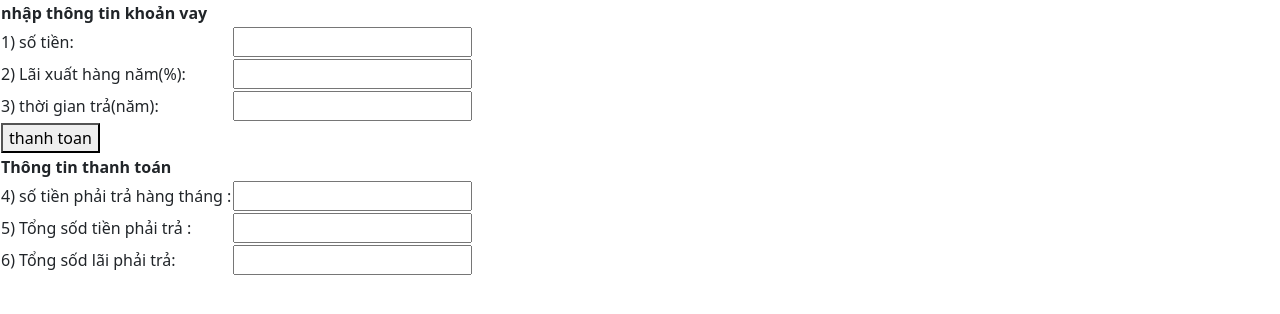
Repository: Lehuyhuynh/DOM
Page: BT2/index.html
These files come from the project's save history. The page is drawn as it stood at one moment and after a run of saves; the edit follows.
The browser window is 1280 px wide. The pictures show the whole page.

Above is the page before, as saved 2023-09-07 20:30:43.

### BT2/index.html
<!DOCTYPE html>
<html lang="en">
<head>
    <meta charset="UTF-8">
    <meta name="viewport" content="width=device-width, initial-scale=1.0">
    <title>BT2</title>
    <link rel="stylesheet" href="style.css">
    <link href="https://cdn.jsdelivr.net/npm/bootstrap@5.1.3/dist/css/bootstrap.min.css" rel="stylesheet" integrity="sha384-1BmE4kWBq78iYhFldvKuhfTAU6auU8tT94WrHftjDbrCEXSU1oBoqyl2QvZ6jIW3" crossorigin="anonymous">
</head>
<body>

  <form id="form">
    <table>
      <tr>
        <th>nhập thông tin khoản vay</th>
        <th colspan="1"></th>
      </tr>
      <tr>
        <td> <label for="money">1) số tiền:</label></td>
        <td><input type="text" id="money"></td>
      </tr>
      <tr>
        <td><label for="years">2) Lãi xuất hàng năm(%):</label></td>
        <td><input type="text" id="years"></td>
      </tr>
      <tr>
        <td><label  for="time">3) thời gian trả(năm):</label></td>
        <td><input type="text" id="time"></td>
      </tr>

      <tr>
        <td><button> thanh toan </button></td>
      </tr>

      <tr>
        <th>Thông tin thanh toán</th>
        <th colspan="1"></th>
      </tr>
      <tr>
        <td>
          <label for="Monthly">4) số tiền phải trả hàng tháng :</label>
        </td>
        <td><input type="text" id="Monthly"></td>
      </tr>
      <tr>
        <td><label for="amount" >5) Tổng sốd tiền phải trả :</label></td>
        <td><input type="text" id="amount"></td>
      </tr>
      <tr>
        <td><label for="totalProfit">6) Tổng sốd lãi phải trả:</label></td>
        <td><input type="text" id="totalProfit"></td>
      </tr>


    </table>
  </form>


    <script src="script.js"></script>
    <script src="https://cdn.jsdelivr.net/npm/bootstrap@5.1.3/dist/js/bootstrap.bundle.min.js" integrity="sha384-ka7Sk0Gln4gmtz2MlQnikT1wXgYsOg+OMhuP+IlRH9sENBO0LRn5q+8nbTov4+1p" crossorigin="anonymous"></script>
</body>

Loaded but not shown: BT2/script.js (no copy from this time; the picture is the same without it); BT2/style.css (no stored copy; drawn as an empty file)

After the next 2 saves:
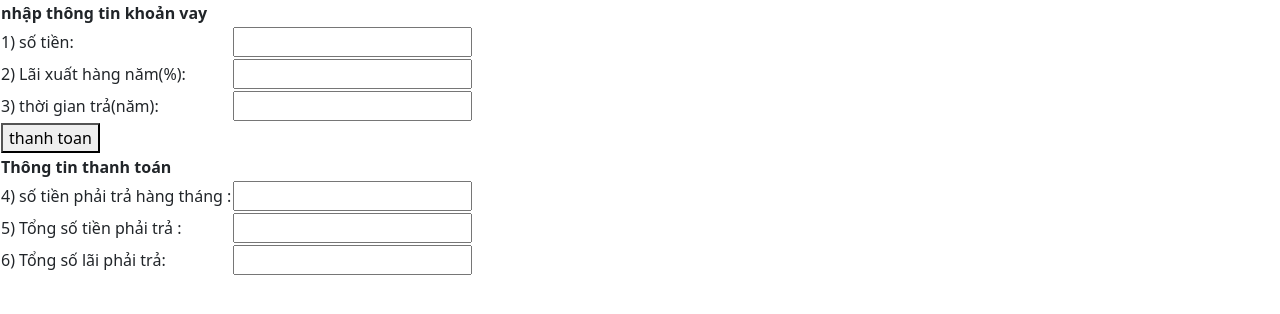
The 2 saves are shown as one change because they came seconds apart.
The last was saved 38 s later.
--- a/BT2/index.html
+++ b/BT2/index.html
@@ -43,11 +43,11 @@
         <td><input type="text" id="Monthly"></td>
       </tr>
       <tr>
-        <td><label for="amount" >5) Tổng sốd tiền phải trả :</label></td>
+        <td><label for="amount" >5) Tổng số tiền phải trả :</label></td>
         <td><input type="text" id="amount"></td>
       </tr>
       <tr>
-        <td><label for="totalProfit">6) Tổng sốd lãi phải trả:</label></td>
+        <td><label for="totalProfit">6) Tổng số lãi phải trả:</label></td>
         <td><input type="text" id="totalProfit"></td>
       </tr>
 
